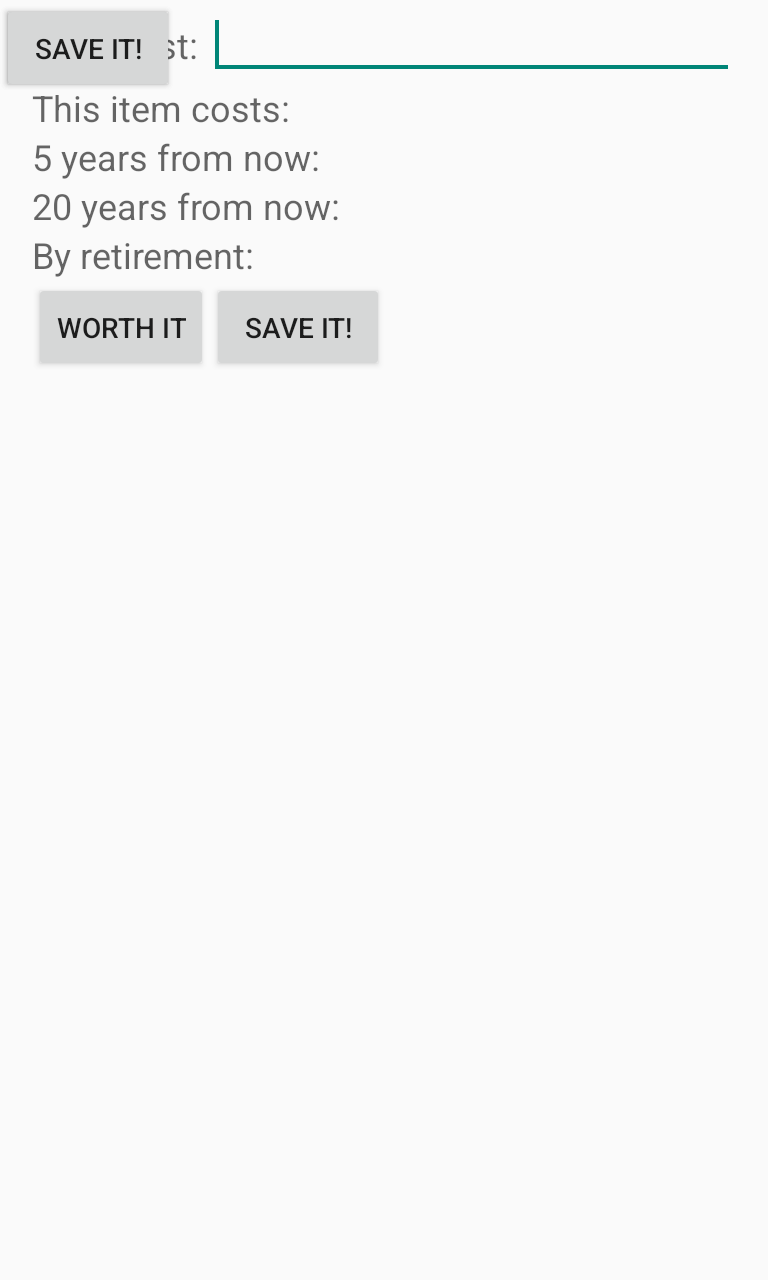
Repository: aallev11/saveit
Layout: ShouldISaveIt/res/layout/activity_main.xml
The author's editor kept a copy of each file at every save. The layout is drawn from the files as they stood at one save, then again after the next save.
It is drawn on a 768 x 1280 px phone screen (xhdpi) without system bars, with theme AppTheme; the app's code is not run.

Above is the layout before, as saved 2014-03-30 13:02:05.

After the next save:
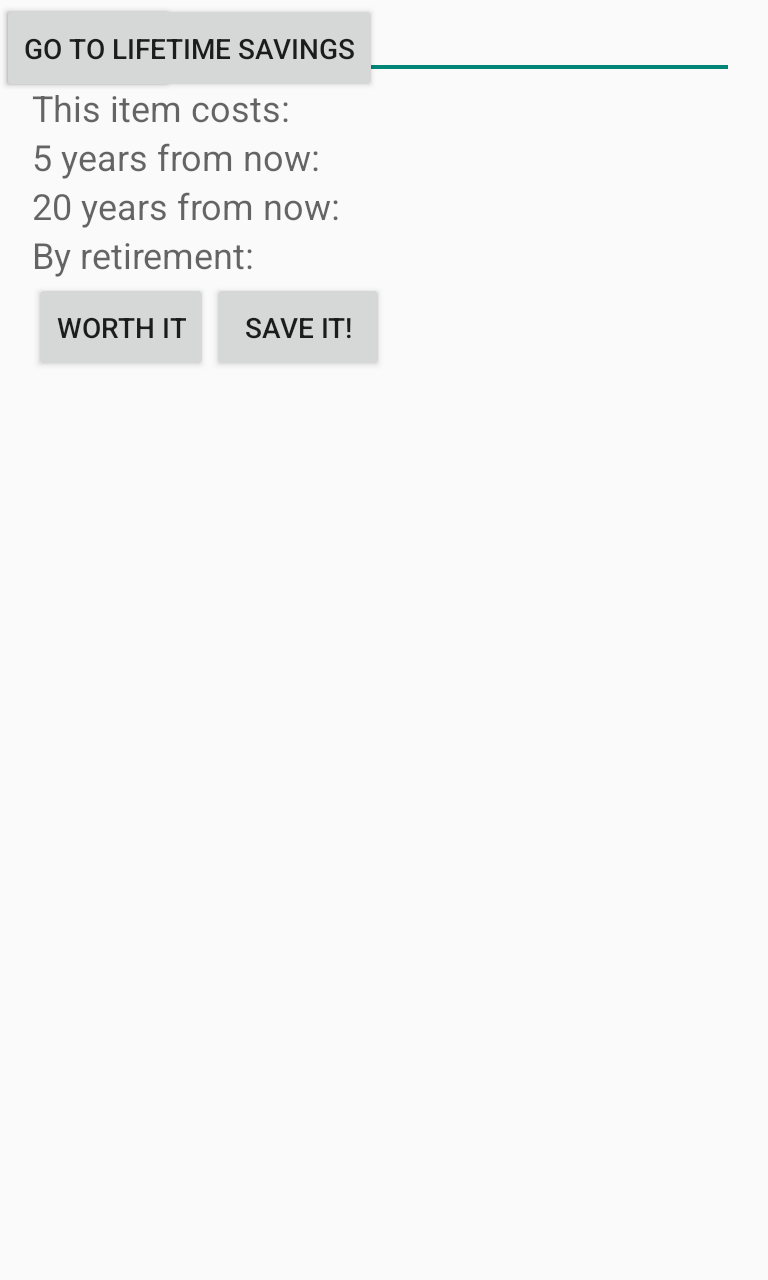
Saved 23 s later.
--- a/ShouldISaveIt/res/layout/activity_main.xml
+++ b/ShouldISaveIt/res/layout/activity_main.xml
@@ -123,21 +123,24 @@
         </LinearLayout>
     </LinearLayout>
 
-        <LinearLayout
-            android:layout_width="fill_parent"
+    <LinearLayout
+        android:layout_width="fill_parent"
+        android:layout_height="wrap_content"
+        android:orientation="horizontal" >
+
+        <Button
+            android:id="@+id/lifetimeSavings"
+            android:layout_width="wrap_content"
             android:layout_height="wrap_content"
-            android:orientation="horizontal" >
-        <Button
-                android:id="@+id/lifetimeSavings"
-                android:onClick="lifetimeSavings"
-                android:layout_width="wrap_content"
-                android:layout_height="wrap_content"
-                android:text="Save It!" />        </LinearLayout>
+            android:onClick="lifetimeSavings"
+            android:text="Save It!" />
+    </LinearLayout>
 
-            <Button
-                android:id="@+id/lifetimeSavings"
-                android:onClick="lifetimeSavings"
-                android:layout_width="wrap_content"
-                android:layout_height="wrap_content"
-                android:text="Save It!" />
+    <Button
+        android:id="@+id/lifetimeSavings"
+        android:layout_width="wrap_content"
+        android:layout_height="wrap_content"
+        android:onClick="lifetimeSavings"
+        android:text="Go to Lifetime Savings" />
+
 </FrameLayout>

After the save that followed:
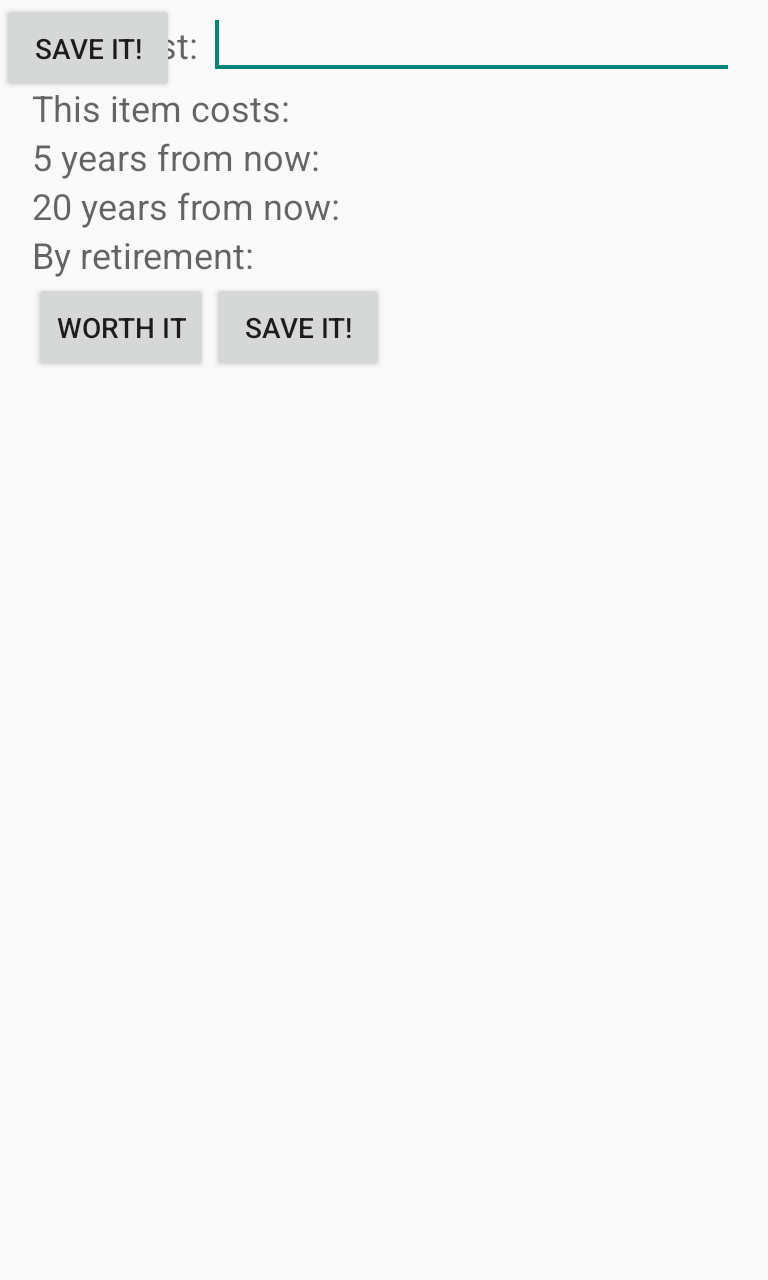
Saved 42 s later.
--- a/ShouldISaveIt/res/layout/activity_main.xml
+++ b/ShouldISaveIt/res/layout/activity_main.xml
@@ -136,11 +136,4 @@
             android:text="Save It!" />
     </LinearLayout>
 
-    <Button
-        android:id="@+id/lifetimeSavings"
-        android:layout_width="wrap_content"
-        android:layout_height="wrap_content"
-        android:onClick="lifetimeSavings"
-        android:text="Go to Lifetime Savings" />
-
 </FrameLayout>
